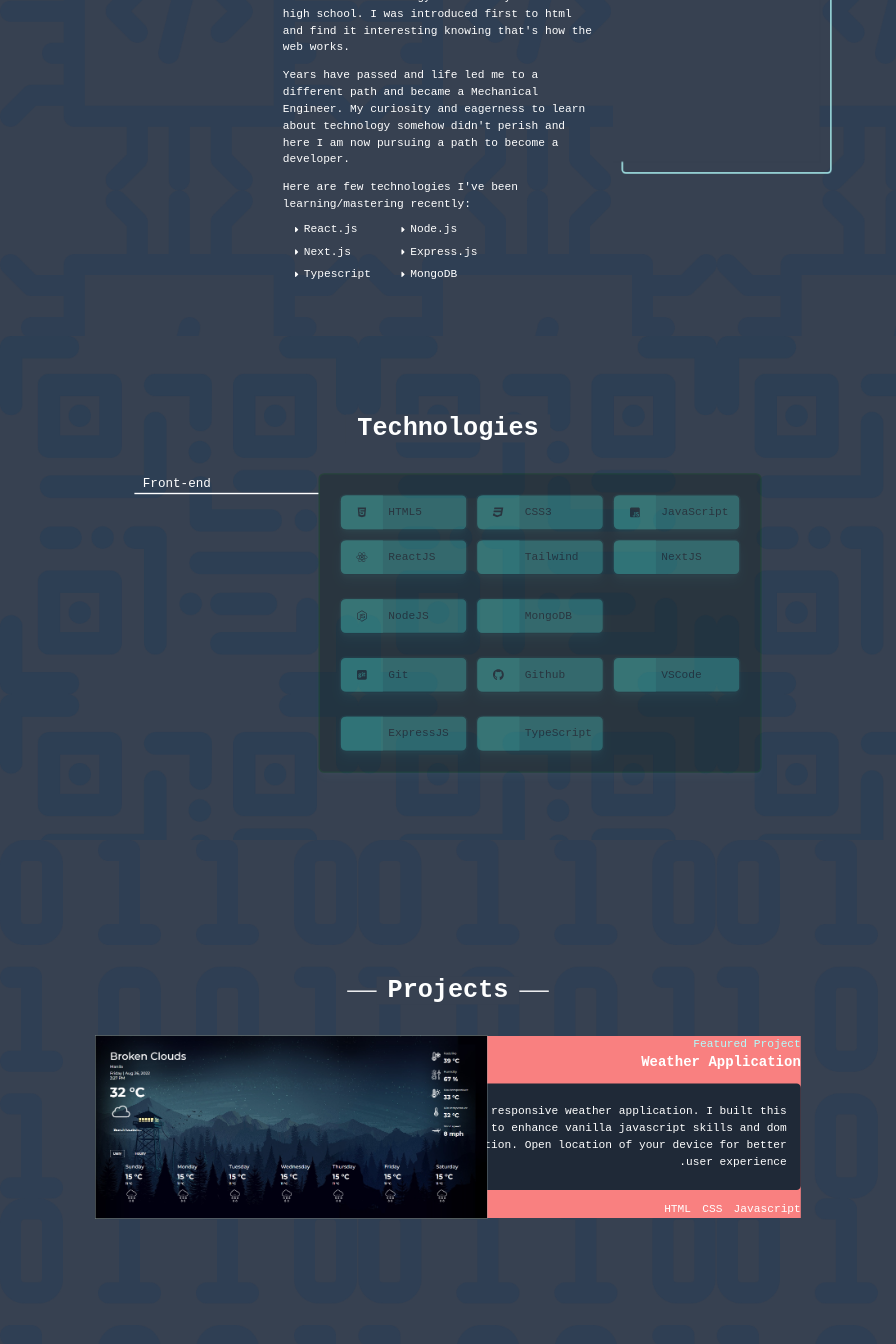
Repository: riandev25/nextjs-portfolio
Page: /
The author's editor kept a copy of each file at every save. The page is drawn from the files as they stood at one save, then again after the next save.
The browser window is 1280 px wide. The pictures show the part of the page from y = 960 to 2880 px (the page is 2880 px tall), at 70% of full size.
Backgrounds fixed to the window are drawn as part of the page. The project was rebuilt for these pictures with package versions that can differ from the ones it lists, and the page was loaded fresh each time. The framework's server and built-in components were replaced by stand-ins that run in the browser. Also part of the build but not shown: next.config.js, components/Home/Keyboard/index.module.css, components/Home/Keyboard/index.jsx.

Above is the page before, as saved 2022-11-12 21:54:51.

After the next save:
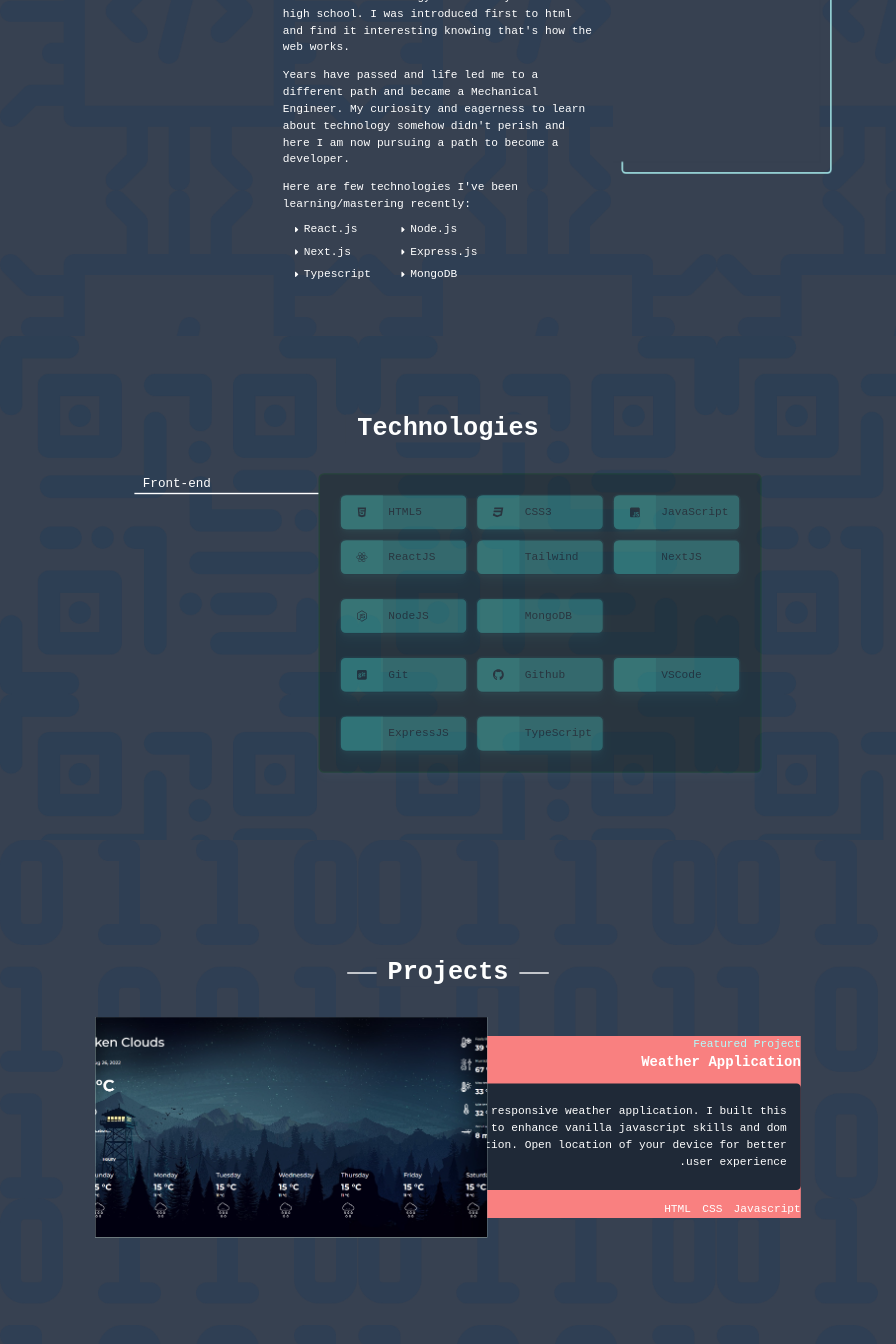
Saved 18 s later.
--- a/components/Projects/index.jsx
+++ b/components/Projects/index.jsx
@@ -26,7 +26,7 @@ const Projects = () => {
     <div className='pt-4 flex flex-col w-full h-screen gap-11 justify-center items-center text-white px-20 bg-bg_binary_image bg-fixed'>
       <PageHeader title='Projects' />
       <div className='flex flex-row justify-center items-center max-w-full '>
-        <section className='relative w-[35rem] aspect-auto bg-green-100 flex-auto flex'>
+        <section className='relative w-[35rem] aspect-video bg-green-100 flex-auto flex'>
           <Image
             src={WeatherImage}
             alt='weather-app'
